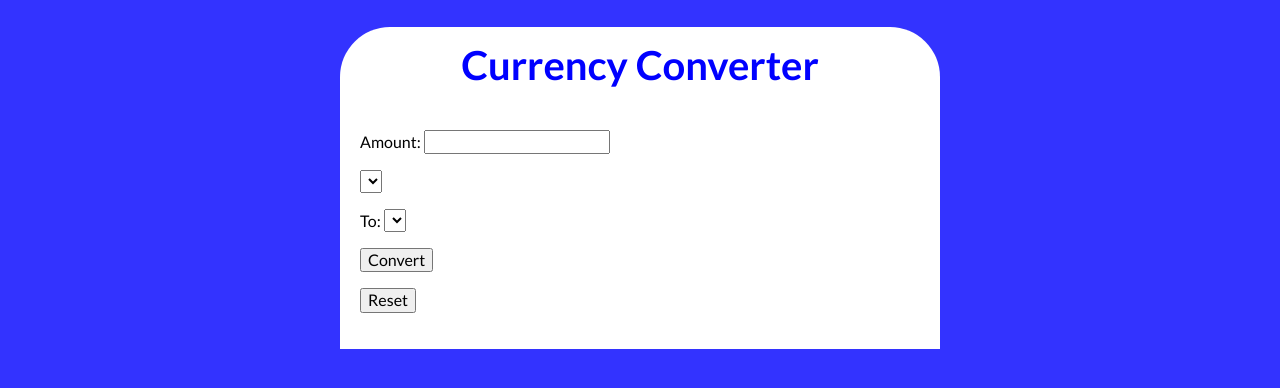
Repository: kkasperczyk/currency-converter
Page: index.html
The author's editor kept a copy of each file at every save. The page is drawn from the files as they stood at one save, then again after a run of saves.
The browser window is 1280 px wide. The pictures show the whole page.

Above is the page before, as saved 2020-06-15 22:35:19.

After the next 3 saves:
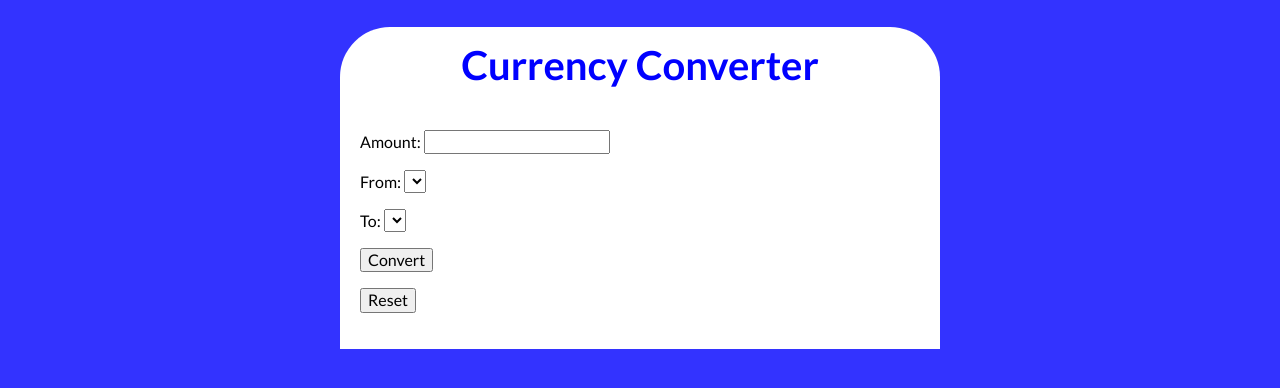
The 3 saves are shown as one change because they came seconds apart.
The last was saved 14 s later.
--- a/index.html
+++ b/index.html
@@ -31,8 +31,8 @@
                 </p>
                 <p>
                     <label>
+                        From:
                         <select>
-                            From:
                             <option value=""></option>
                             <option value=""></option>
                             <option value=""></option>
